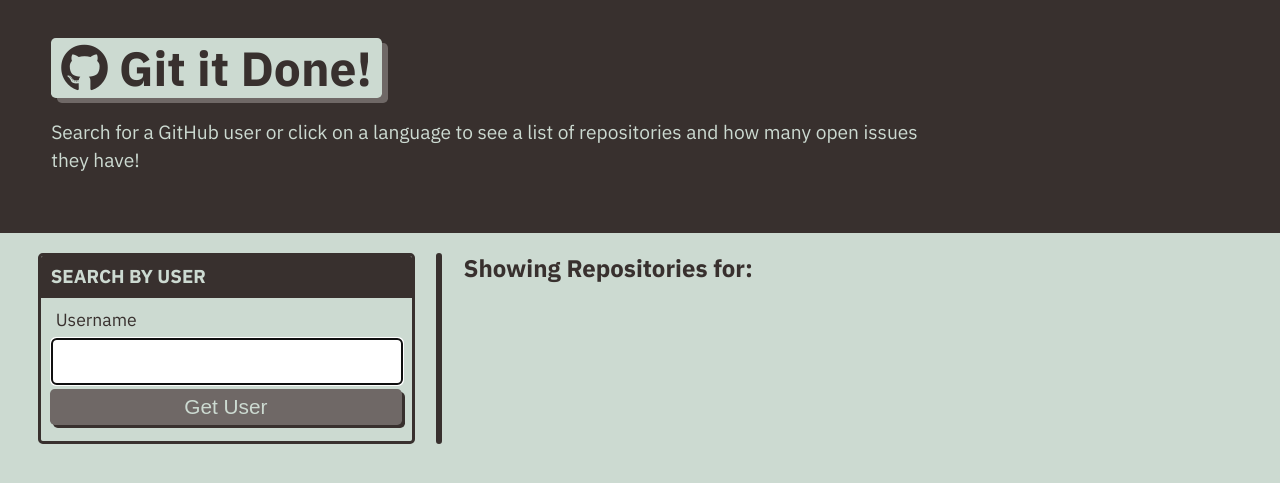
Repository: Brookethorson/git-it-done
Page: index.html
An editor plug-in stored every save of this project. The page is shown before and after the next save, followed by the edit.
The browser window is 1280 px wide. The pictures show the whole page.
Some web libraries are served in a nearby version.

Above is the page before, as saved 2021-09-04 17:36:37.

### index.html
<!DOCTYPE html>
<html lang="en">

<head>
  <meta charset="UTF-8">
  <meta name="viewport" content="width=device-width, initial-scale=1.0">
  <meta http-equiv="X-UA-Compatible" content="ie=edge">
  <link href="https://fonts.googleapis.com/css?family=IBM+Plex+Sans:400,400i,700&display=swap" rel="stylesheet">
  <link rel="stylesheet" href="https://cdnjs.cloudflare.com/ajax/libs/font-awesome/5.11.2/css/all.min.css">
  <link rel="stylesheet" href="./assets/css/style.css" />
  <title>Git it Done</title>
</head>

<body class="flex-column min-100-vh">
  <header class="hero">
    <h1 class="app-title"><i class="fab fa-github"></i> Git it Done!</h1>
    <p>Search for a GitHub user or click on a language to see a list of repositories and how many open issues they have!
    </p>
  </header>


  <main class="flex-row justify-space-between">
    <div class="col-12 col-md-4">

      <div class="card">
        <h3 class="card-header text-uppercase">Search By User</h3>
        <form id="user-form" class="card-body">
          <label class="form-label" for="username">Username</label>
          <input name="username" id="username" type="text" autofocus="true" class="form-input" />
          <button type="submit" class="btn">Get User</button>
        </form>
      </div>
    </div>

    <div class="card"></div>

    <div class="col-12 col-md-8">
      <h2 class="subtitle">Showing Repositories for: <span id="repo-search-term"></span></h2>
      <div id="repos-container" class="list-group">

      </div>
    </div>
  </main>

  <script src="./assets/js/homepage.js"></script>
</body>

</html>

### assets/css/style.css
:root {
  --primary: #ccdad1;
  --secondary: #9caea9;
  --tertiary: #788585;
  --light-dark: #6f6866;
  --dark: #38302e;
  --border-radius: .3rem;
}

* {
  box-sizing: border-box;
}

body {
  background-color: var(--primary);
  margin: 0;
  padding: 0;
  font-family: "IBM Plex Sans", sans-serif;
  color: var(--dark);
  line-height: 1.5;
  font-size: 16px;
}

h1,
h2,
h3,
h4,
h5,
h6 {
  font-weight: 700;
  margin: 0;
  color: var(--dark);
  line-height: 1.25;
}

main {
  margin: 20px auto;
  width: 94%;
}

p {
  font-size: 1.2rem;
}

 .btn {
  font-size: 1.3rem;
  text-decoration:none;
  padding: 6px 5px;
  width: 100%;
  display: block;
  margin: 5px 0;
  border-radius: var(--border-radius);
  color: var(--primary);
  border: none;
  outline: none;
  background-color: var(--light-dark);
  box-shadow: 3px 3px var(--dark);
  transform: translate(-1px, -1px);
}

 .btn:hover {
  color: var(--primary);
  background-color: var(--tertiary);
  transform: translate(0, 0);
  box-shadow: 2px 2px var(--dark);
}

.btn-inline {
  display: inline;
}

.btn-back {
  border-radius: var(--border-radius);
  color: var(--primary);
  border: none;
  outline: none;
  background-color: var(--light-dark);
  box-shadow: 3px 3px var(--secondary);
  transform: translate(-1px, -1px);
  display: inline-block;
  width: auto;
  margin-top: 20px;
  padding: 15px;
  text-decoration: none;
  font-size: 1.2rem;
}

 .btn-back:hover {
  color: var(--primary);
  background-color: var(--tertiary);
  transform: translate(0, 0);
  box-shadow: 2px 2px var(--dark);
}

.hero {
  padding: 3% 4%;
  background-color: var(--dark);
  color: var(--primary);
}

.hero p {
  max-width: 75%;
}

.app-title {
  font-size: 3rem;
  background-color: var(--primary);
  color: var(--dark);
  padding: 0 10px;
  display: inline-block;
  border-radius: var(--border-radius);
  box-shadow: 6px 5px var(--light-dark);
}

.list-group {
  padding: 0;
  list-style: none;
}

.list-item {
  margin-bottom: 10px;
  padding: 1.5%;
  border-radius: var(--border-radius);
  background-color: var(--light-dark);
  color: var(--primary);
  text-decoration: none;
}

.list-item:hover {
  background-color: var(--dark);
}

.status-icon {
  padding: 2px 5px;
  margin: 0 5px;
  background-color: rgba(255,255,255, 1);
  border-radius: var(--border-radius);
}

.icon-danger {
  color: rgb(255, 70, 70);
}

.icon-success {
  color: rgb(29, 153, 255);
}

/* CARDS */
.card {
  margin: 0 0 20px 0;
  border: 3px solid var(--dark);
  border-radius: var(--border-radius);
}

.card-header {
  color: var(--primary);
  background-color: var(--dark);
  padding: 2.5%;
  border-radius: calc(.18rem - 1px) calc(.18rem - 1px) 0 0;
}

.card-body {
  padding: 2.5%;
}

/* FORM */
.form-label,
.form-input,
.form-textarea {
  display: block;
}

.form-label {
  font-size: 1.1rem;
  margin: 0 0 0 5px;
}

.form-input {
  width: 100%;
  padding: 3%;
  margin: 5px 0;
  font-size: 1.2rem;
  border: 2px solid var(--light-dark);
  border-radius: var(--border-radius);
}

/* HEIGHT / WIDTH UTILS */
.min-100-vh {
  min-height: 100vh;
}

.min-100-vw {
  min-width: 100vw;
}

/* FONT UTILS */
.text-uppercase {
  text-transform: uppercase;
}


/* FLEX CONTENT */
.flex-row {
  display: flex;
  flex-wrap: wrap;
}

.flex-column {
  display: flex;
  flex-direction: column;
  flex-wrap: wrap;
}

.justify-space-between {
  justify-content: space-between;
}

.justify-space-around {
  justify-content: space-around;
}

.justify-flex-start {
  justify-content: flex-start
}

.justify-flex-end {
  justify-content: flex-end;
}

.justify-center {
  justify-content: center;
}

.align-stretch {
  align-items: stretch;
}

.align-end {
  align-items: flex-end;
}

.align-center {
  align-items: center;
}

.col-auto {
  flex-grow: 1;
}

.col-1 {
  flex: 0 0 calc(100% * 1 / 12 - 2%);
}

.col-2 {
  flex: 0 0 calc(100% * 2 / 12 - 2%);
}

.col-3 {
  flex: 0 0 calc(100% * 3 / 12 - 2%);
}

.col-4 {
  flex: 0 0 calc(100% * 4 / 12 - 2%);
}

.col-5 {
  flex: 0 0 calc(100% * 5 / 12 - 2%);
}

.col-6 {
  flex: 0 0 calc(100% * 6 / 12 - 2%);
}

.col-7 {
  flex: 0 0 calc(100% * 7 / 12 - 2%);
}

.col-8 {
  flex: 0 0 calc(100% * 8 / 12 - 2%);
}

.col-9 {
  flex: 0 0 calc(100% * 9 / 12 - 2%);
}

.col-10 {
  flex: 0 0 calc(100% * 10 / 12 - 2%);
}

.col-11 {
  flex: 0 0 calc(100% * 11 / 12 - 2%);
}

.col-12 {
  flex: 0 0 100%;
}

/* col-sm */
@media screen and (min-width: 640px) {
  .col-sm-1 {
    flex: 0 0 calc(100% * 1 / 12 - 2%);
  }

  .col-sm-2 {
    flex: 0 0 calc(100% * 2 / 12 - 2%);
  }

  .col-sm-3 {
    flex: 0 0 calc(100% * 3 / 12 - 2%);
  }

  .col-sm-4 {
    flex: 0 0 calc(100% * 4 / 12 - 2%);
  }

  .col-sm-5 {
    flex: 0 0 calc(100% * 5 / 12 - 2%);
  }

  .col-sm-6 {
    flex: 0 0 calc(100% * 6 / 12 - 2%);
  }

  .col-sm-7 {
    flex: 0 0 calc(100% * 7 / 12 - 2%);
  }

  .col-sm-8 {
    flex: 0 0 calc(100% * 8 / 12 - 2%);
  }

  .col-sm-9 {
    flex: 0 0 calc(100% * 9 / 12 - 2%);
  }

  .col-sm-10 {
    flex: 0 0 calc(100% * 10 / 12 - 2%);
  }

  .col-sm-11 {
    flex: 0 0 calc(100% * 11 / 12 - 2%);
  }

  .col-sm-12 {
    flex: 0 0 100%;
  }
}


/* col-md */
@media screen and (min-width: 768px) {
  .col-md-1 {
    flex: 0 0 calc(100% * 1 / 12 - 2%);
  }

  .col-md-2 {
    flex: 0 0 calc(100% * 2 / 12 - 2%);
  }

  .col-md-3 {
    flex: 0 0 calc(100% * 3 / 12 - 2%);
  }

  .col-md-4 {
    flex: 0 0 calc(100% * 4 / 12 - 2%);
  }

  .col-md-5 {
    flex: 0 0 calc(100% * 5 / 12 - 2%);
  }

  .col-md-6 {
    flex: 0 0 calc(100% * 6 / 12 - 2%);
  }

  .col-md-7 {
    flex: 0 0 calc(100% * 7 / 12 - 2%);
  }

  .col-md-8 {
    flex: 0 0 calc(100% * 8 / 12 - 2%);
  }

  .col-md-9 {
    flex: 0 0 calc(100% * 9 / 12 - 2%);
  }

  .col-md-10 {
    flex: 0 0 calc(100% * 10 / 12 - 2%);
  }

  .col-md-11 {
    flex: 0 0 calc(100% * 11 / 12 - 2%);
  }

  .col-md-12 {
    flex: 0 0 100%;
  }
}

/* col-lg */
@media screen and (min-width: 992px) {
  .col-lg-1 {
    flex: 0 0 calc(100% * 1 / 12 - 2%);
  }

  .col-lg-2 {
    flex: 0 0 calc(100% * 2 / 12 - 2%);
  }

  .col-lg-3 {
    flex: 0 0 calc(100% * 3 / 12 - 2%);
  }

  .col-lg-4 {
    flex: 0 0 calc(100% * 4 / 12 - 2%);
  }

  .col-lg-5 {
    flex: 0 0 calc(100% * 5 / 12 - 2%);
  }

  .col-lg-6 {
    flex: 0 0 calc(100% * 6 / 12 - 2%);
  }

  .col-lg-7 {
    flex: 0 0 calc(100% * 7 / 12 - 2%);
  }

  .col-lg-8 {
    flex: 0 0 calc(100% * 8 / 12 - 2%);
  }

  .col-lg-9 {
    flex: 0 0 calc(100% * 9 / 12 - 2%);
  }

  .col-lg-10 {
    flex: 0 0 calc(100% * 10 / 12 - 2%);
  }

  .col-lg-11 {
    flex: 0 0 calc(100% * 11 / 12 - 2%);
  }

  .col-lg-12 {
    flex: 0 0 100%;
  }
}

/* col-xl */
@media screen and (min-width: 1200px) {
  .col-xl-1 {
    flex: 0 0 calc(100% * 1 / 12 - 2%);
  }

  .col-xl-2 {
    flex: 0 0 calc(100% * 2 / 12 - 2%);
  }

  .col-xl-3 {
    flex: 0 0 calc(100% * 3 / 12 - 2%);
  }

  .col-xl-4 {
    flex: 0 0 calc(100% * 4 / 12 - 2%);
  }

  .col-xl-5 {
    flex: 0 0 calc(100% * 5 / 12 - 2%);
  }

  .col-xl-6 {
    flex: 0 0 calc(100% * 6 / 12 - 2%);
  }

  .col-xl-7 {
    flex: 0 0 calc(100% * 7 / 12 - 2%);
  }

  .col-xl-8 {
    flex: 0 0 calc(100% * 8 / 12 - 2%);
  }

  .col-xl-9 {
    flex: 0 0 calc(100% * 9 / 12 - 2%);
  }

  .col-xl-10 {
    flex: 0 0 calc(100% * 10 / 12 - 2%);
  }

  .col-xl-11 {
    flex: 0 0 calc(100% * 11 / 12 - 2%);
  }

  .col-xl-12 {
    flex: 0 0 100%;
  }
}

### assets/js/homepage.js
var userFormEl = document.querySelector("#user-form");
var nameInputEl = document.querySelector("#username");
var repoContainerEl = document.querySelector("#repos-container");
var repoSearchTerm = document.querySelector("#repo-search-term");
var getFeaturedRepos = function(language) {
  var apiUrl = "https://api.github.com/search/repositories?q=" + language + "+is:featured&sort=help-wanted-issues";

  fetch(apiUrl).then(function(response){
    if(response.okay) {
      response.json().then(function(data) {
        displayRepos(data.items, language);
      });
    } else {
      alert('Error: Github user not found');
    }
    });
};

var formSubmitHandler = function(event) {
  // prevent page from refreshing
  event.preventDefault();

  // get value from input element
  var username = nameInputEl.value.trim();

  if (username) {
    getUserRepos(username);

    // clear old content
    repoContainerEl.textContent = "";
    nameInputEl.value = "";
  } else {
    alert("Please enter a GitHub username");
  }
};

var getUserRepos = function(user) {
  // format the github api url
  var apiUrl = "https://api.github.com/users/" + user + "/repos";

  // make a get request to url
  fetch(apiUrl)
    .then(function(response) {
      // request was successful
      if (response.ok) {
        console.log(response);
        response.json().then(function(data) {
          console.log(data);
          displayRepos(data, user);
        });
      } else {
        alert("Error: " + response.statusText);
      }
    })
    .catch(function(error) {
      alert("Unable to connect to GitHub");
    });
};

var displayRepos = function(repos, searchTerm) {
  // check if api returned any repos
  if (repos.length === 0) {
    repoContainerEl.textContent = "No repositories found.";
    return;
  }

  repoSearchTerm.textContent = searchTerm;

  // loop over repos
  for (var i = 0; i < repos.length; i++) {
    // format repo name
    var repoName = repos[i].owner.login + "/" + repos[i].name;

    // create a link for each repo
    var repoEl = document.createElement("a");
    repoEl.classList = "list-item flex-row justify-space-between align-center";
    repoEl.setAttribute("href", "./single-repo.html?repo=" + repoName);

    // create a span element to hold repository name
    var titleEl = document.createElement("span");
    titleEl.textContent = repoName;

    // append to container
    repoEl.appendChild(titleEl);

    // create a status element
    var statusEl = document.createElement("span");
    statusEl.classList = "flex-row align-center";

    // check if current repo has issues or not
    if (repos[i].open_issues_count > 0) {
      statusEl.innerHTML =
        "<i class='fas fa-times status-icon icon-danger'></i>" + repos[i].open_issues_count + " issue(s)";
    } else {
      statusEl.innerHTML = "<i class='fas fa-check-square status-icon icon-success'></i>";
    }

    // append to container
    repoEl.appendChild(statusEl);

    // append container to the dom
    repoContainerEl.appendChild(repoEl);
  }
};

// add event listeners to forms
userFormEl.addEventListener("submit", formSubmitHandler);

After the next save:
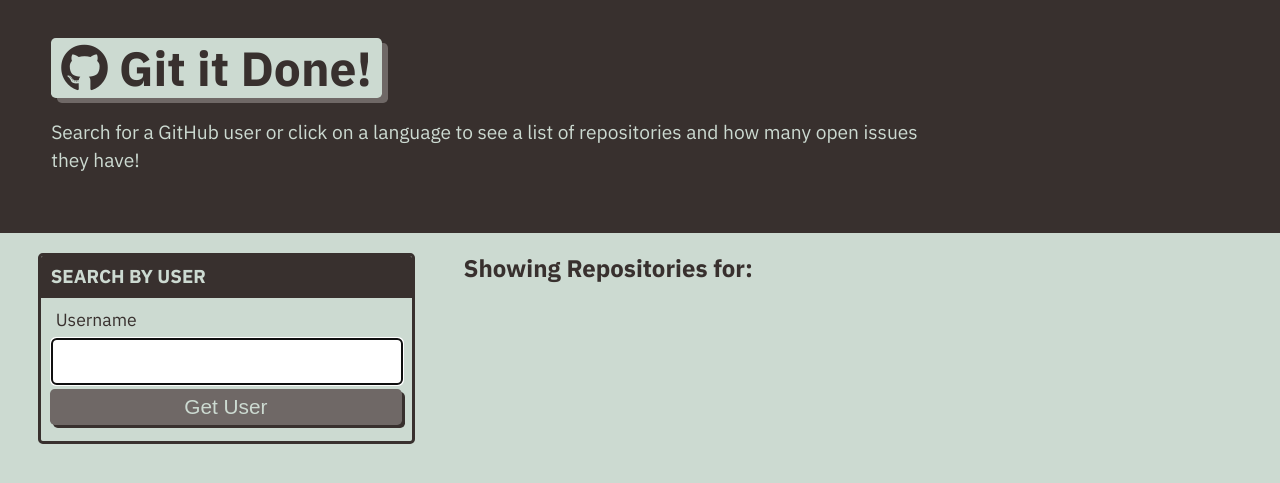
Saved 32 s later.
--- a/index.html
+++ b/index.html
@@ -32,7 +32,7 @@
       </div>
     </div>
 
-    <div class="card"></div>
+
 
     <div class="col-12 col-md-8">
       <h2 class="subtitle">Showing Repositories for: <span id="repo-search-term"></span></h2>
